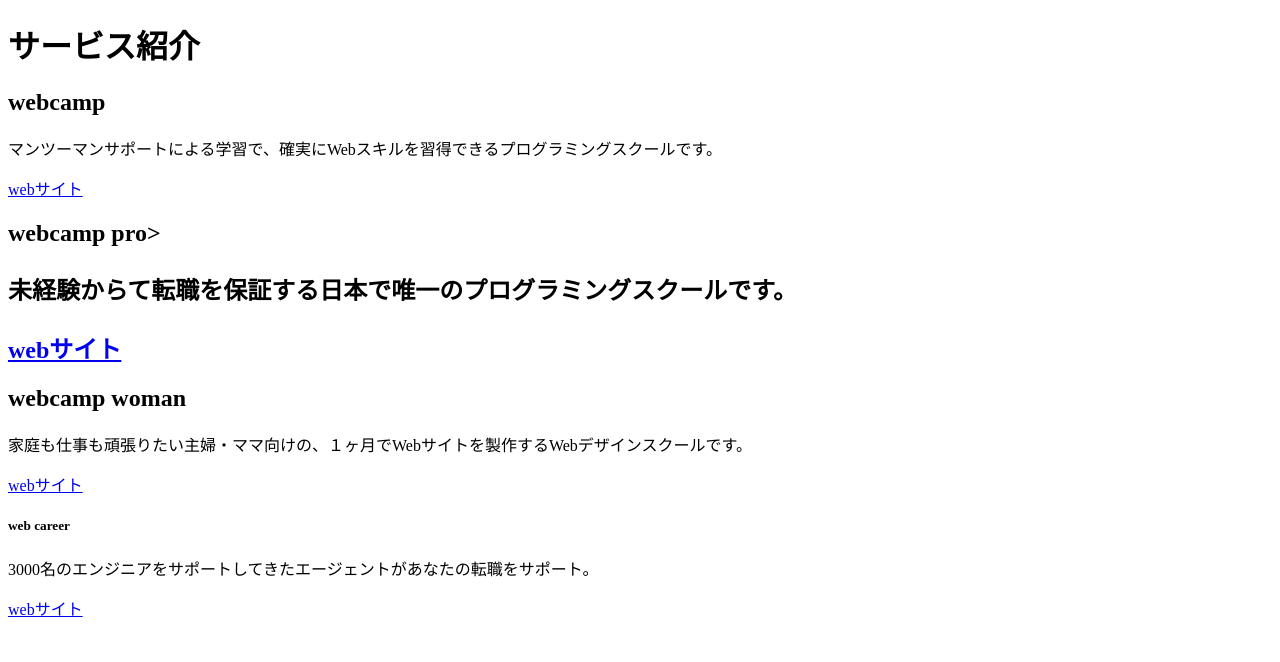
Repository: TKCitoh/html-5-
Page: sample/sample.html
The author's editor kept a record of every edit. The page is drawn from the files as they stood at one moment, then again after the next edit.
The browser window is 1280 px wide. The pictures show the whole page.

Above is the page before.

After the next edit:
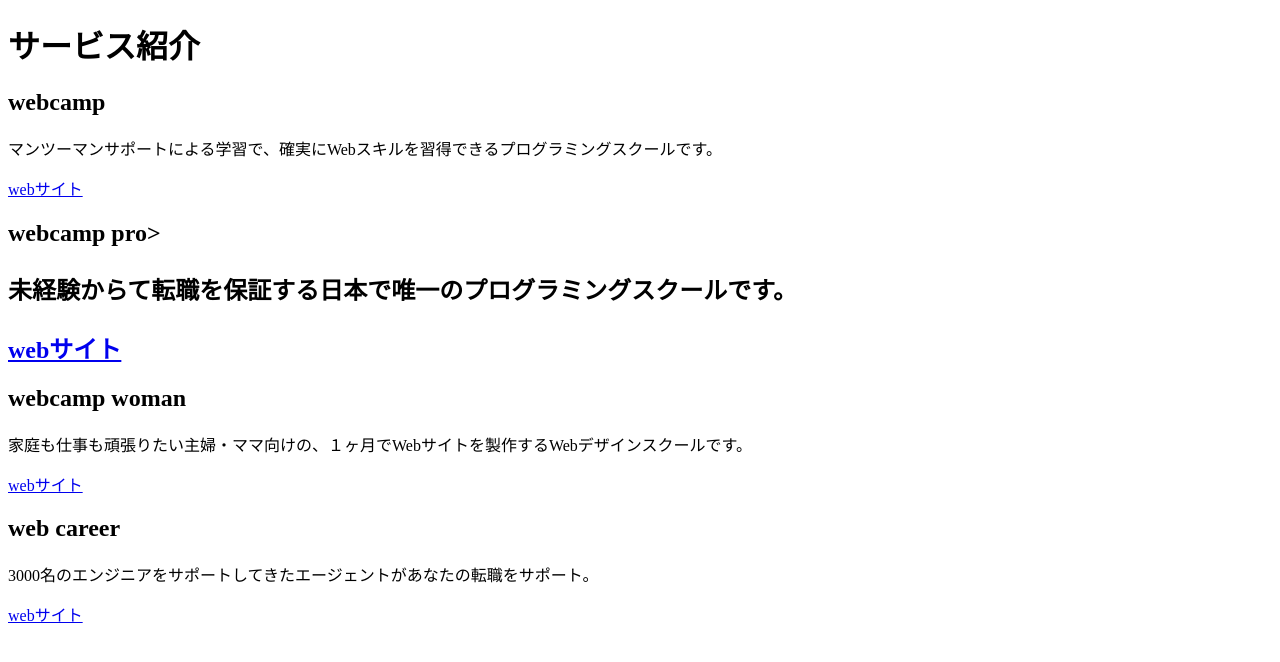
The edit:
--- a/sample/sample.html
+++ b/sample/sample.html
@@ -16,7 +16,7 @@
     <h2>webcamp woman</h2>
     <p>家庭も仕事も頑張りたい主婦・ママ向けの、１ヶ月でWebサイトを製作するWebデザインスクールです。</p>
     <a href="https://web-camp.io/?utm_source=cpc-google&utm_medium=commit-unspecified-brand&utm_term=dmm%20web_e&gclid=EAIaIQobChMIkJqt77ag-AIVM8FMAh23HgM4EAAYASAAEgJRmvD_BwE#">webサイト</a>
-    <h5>web career</h5>
+    <h2>web career</h2>
     <p>3000名のエンジニアをサポートしてきたエージェントがあなたの転職をサポート。</p>
     <a href="https://web-camp.io/?utm_source=cpc-google&utm_medium=commit-unspecified-brand&utm_term=dmm%20web_e&gclid=EAIaIQobChMIkJqt77ag-AIVM8FMAh23HgM4EAAYASAAEgJRmvD_BwE#">webサイト</a>
 
